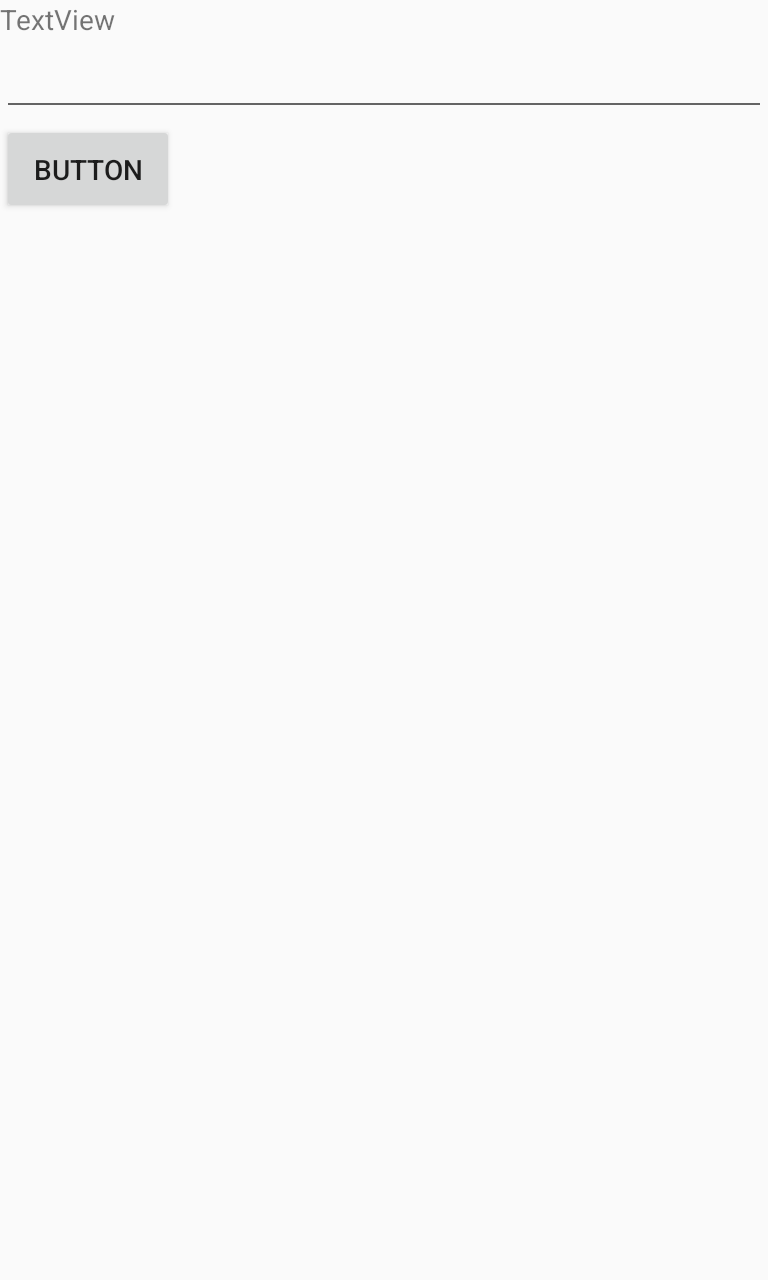
Repository: harsha20011992/Android-Projects
Layout: NotePadLatest/res/layout/fragmentnotes.xml
An editor plug-in stored every save of this project. The layout is shown before and after the next save, followed by the edit.
It is drawn on a 768 x 1280 px phone screen (xhdpi) without system bars, with theme AppTheme; the app's code is not run.

Above is the layout before, as saved 2014-10-13 19:22:51.

After the next save:
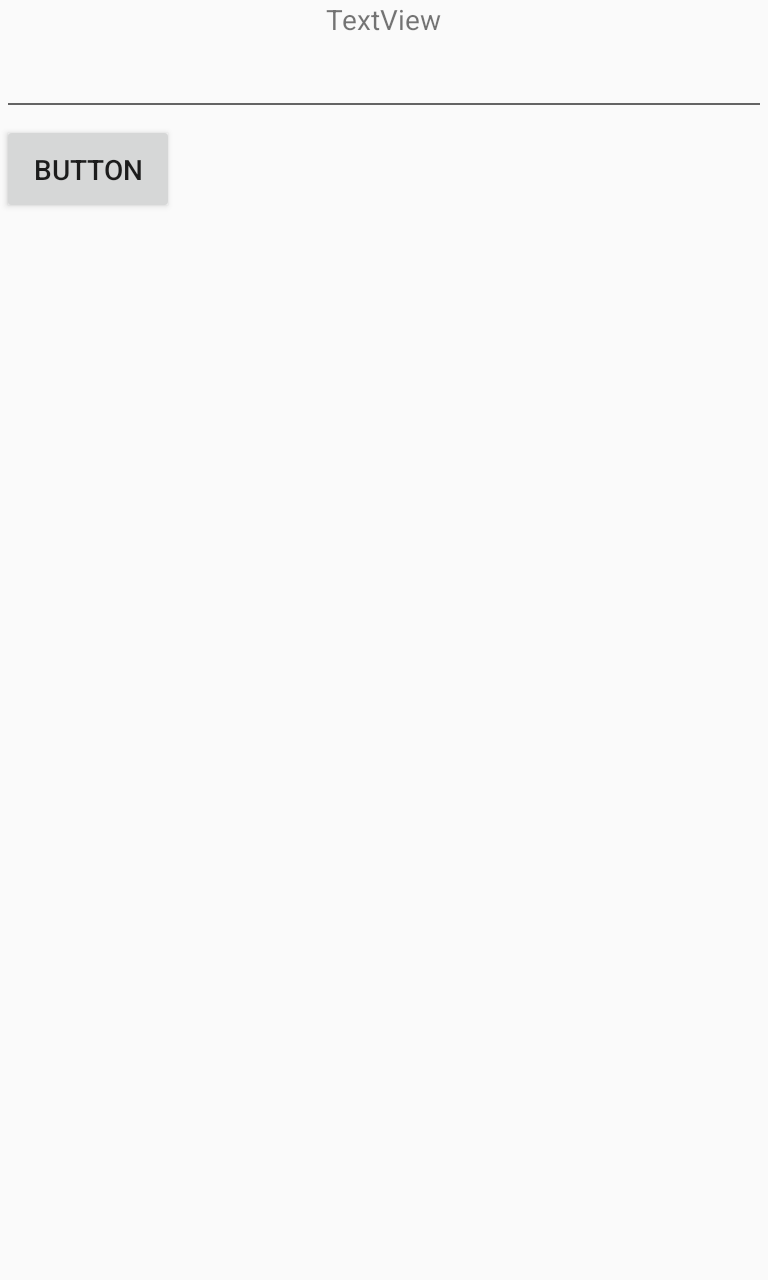
Saved 12 s later.
--- a/NotePadLatest/res/layout/fragmentnotes.xml
+++ b/NotePadLatest/res/layout/fragmentnotes.xml
@@ -9,7 +9,7 @@
         android:layout_width="wrap_content"
         android:layout_height="wrap_content"
         android:text="TextView"
-        android:gravity="center" />
+        android:layout_gravity="center" />
     <EditText
         android:id="@+id/notepadtext"
         android:layout_width="match_parent"
